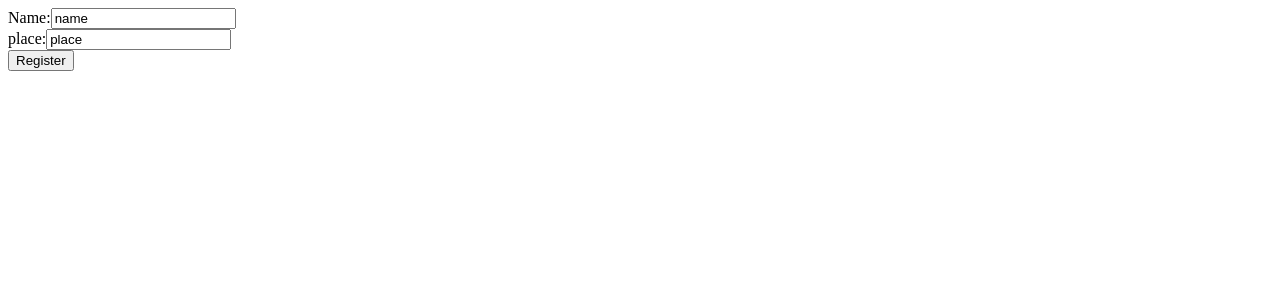
Repository: iamvinayhv/Servlets
Page: Demo/WebContent/wecome.html
An editor plug-in stored every save of this project. The page is shown before and after the next save, followed by the edit.
The browser window is 1280 px wide. The pictures show the whole page.

Above is the page before, as saved 2017-03-03 09:28:02.

### Demo/WebContent/wecome.html
<!DOCTYPE html>
<html>
<head>
<meta charset="UTF-8">
<title>Insert title here</title>
</head>
<body>
<form action="fs">

Name:<input type="text" value="name"><br/>
place:<input type="text" value="place"><br/>
<input type="button" value="Register">
</form>

</body>
</html>

After the next save:
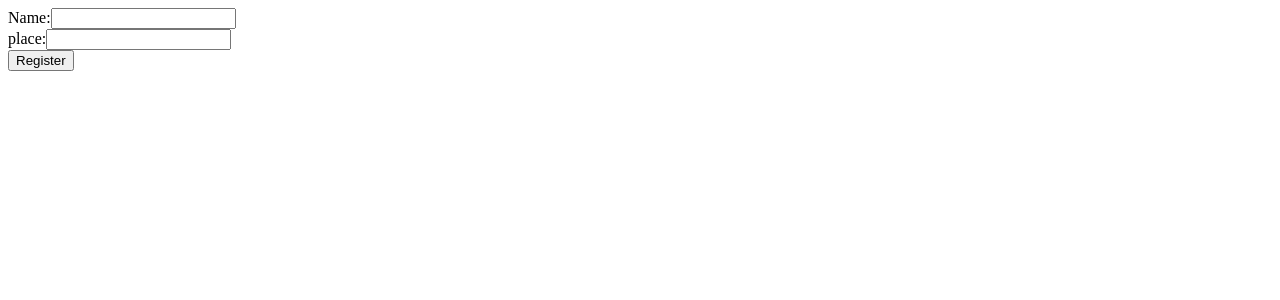
Saved 3 min 16 s later.
--- a/Demo/WebContent/wecome.html
+++ b/Demo/WebContent/wecome.html
@@ -7,8 +7,8 @@
 <body>
 <form action="fs">
 
-Name:<input type="text" value="name"><br/>
-place:<input type="text" value="place"><br/>
+Name:<input type="text" name="name"><br/>
+place:<input type="text" name="place"><br/>
 <input type="button" value="Register">
 </form>
 
